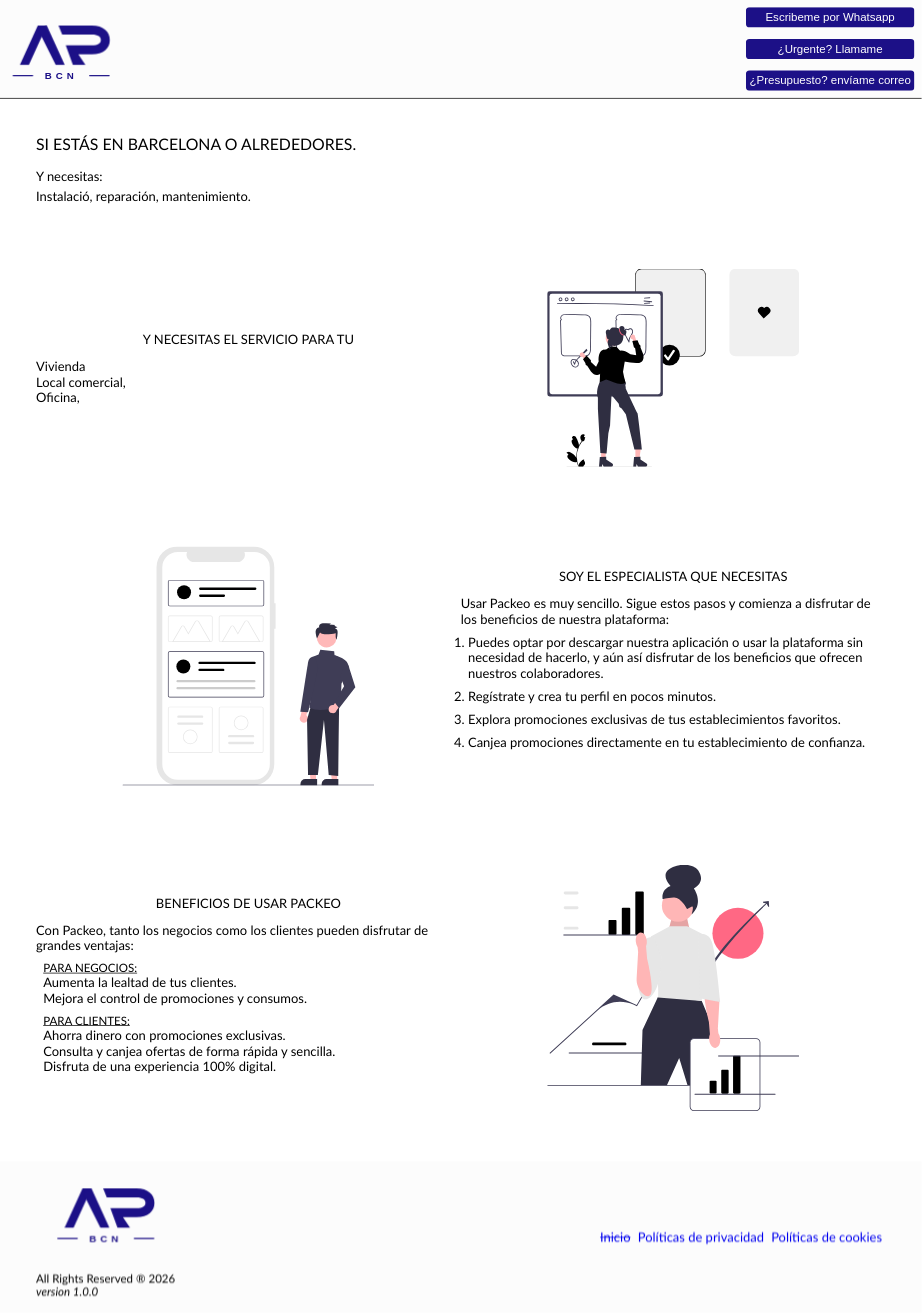
Repository: alupvcbarcelona/alupvcbarcelona-front
Page: /
An editor plug-in stored every save of this project. The page is shown before and after the next save, followed by the edit.
The browser window is 1280 px wide. The pictures show the whole page, at 72% of full size.
The page's requests for data from a server got no answer. The project was rebuilt for these pictures with package versions that can differ from the ones it lists, and the page was loaded fresh each time. No one was signed in, and anything a server would have sent is missing. Also part of the build but not shown: vite.config.js, src/reducers/partner.reducer/partner.action.js, src/views/Pack/utils/content.js, src/views/Pack/Pack.css, src/views/Pack/Pack.jsx, src/views/404/utils.js, src/views/404/NotFound.css, src/views/404/NotFound.jsx and 6 more.

Above is the page before, as saved 2026-07-24 10:28:27.

After the next save:
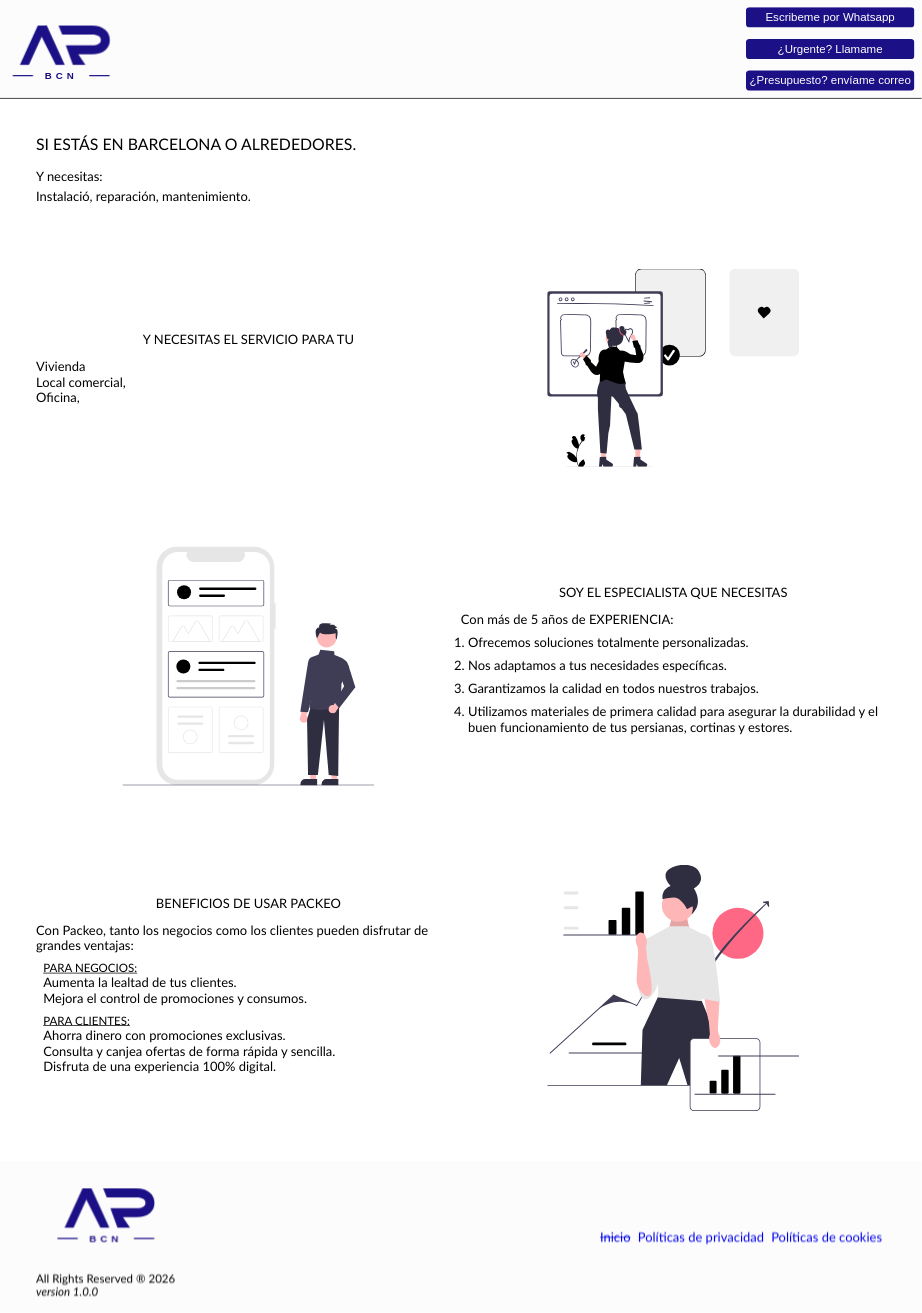
Saved 88 s later.
--- a/src/views/Home/utils/content.js
+++ b/src/views/Home/utils/content.js
@@ -53,17 +53,17 @@
       article: [
         {
           paragraph:
-            "Usar Packeo es muy sencillo. Sigue estos pasos y comienza a disfrutar de los beneficios de nuestra plataforma:",
+            "Con más de 5 años de EXPERIENCIA:",
           ol: [
             {
-              li: "Puedes optar por descargar nuestra aplicación o usar la plataforma sin necesidad de hacerlo, y aún así disfrutar de los beneficios que ofrecen nuestros colaboradores.",
+              li: "Ofrecemos soluciones totalmente personalizadas.",
             },
-            { li: "Regístrate y crea tu perfil en pocos minutos." },
+            { li: "Nos adaptamos a tus necesidades específicas." },
             {
-              li: "Explora promociones exclusivas de tus establecimientos favoritos.",
+              li: "Garantizamos la calidad en todos nuestros trabajos.",
             },
             {
-              li: "Canjea promociones directamente en tu establecimiento de confianza.",
+              li: "Utilizamos materiales de primera calidad para asegurar la durabilidad y el buen funcionamiento de tus persianas, cortinas y estores.",
             },
           ],
         },
